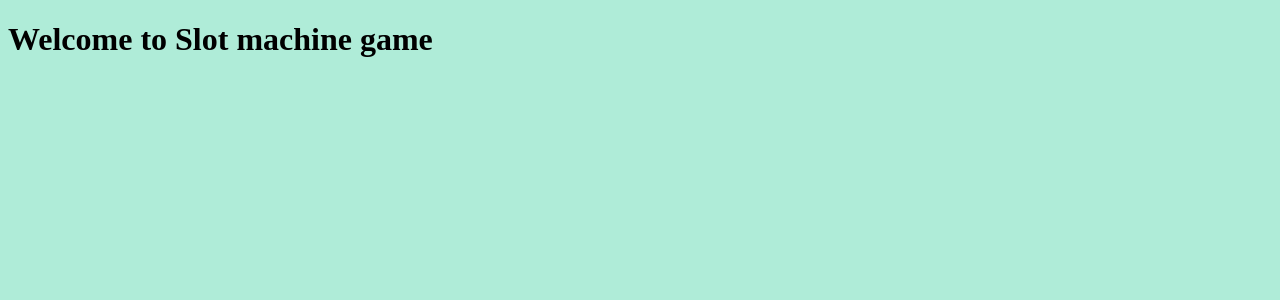
Repository: duggallakshya/slotMachineReact
Page: /
An editor plug-in stored every save of this project. The page is shown before and after a run of saves, followed by the edit.
The browser window is 1280 px wide. The pictures show the whole page.
The project was rebuilt for these pictures with package versions that can differ from the ones it lists, and the page was loaded fresh each time.

Above is the page before, as saved 2022-03-22 21:18:55.

After the next 3 saves:
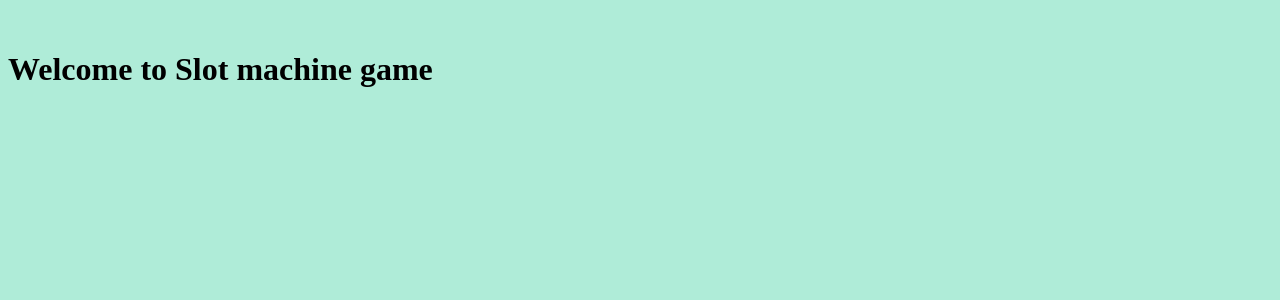
The 3 saves are shown as one change because they came seconds apart.
The last was saved 12 s later.
--- a/src/index.css
+++ b/src/index.css
@@ -3,5 +3,5 @@ body{
 }
 
 .heading-style{
-
+  padding: 30px 0;
 }
